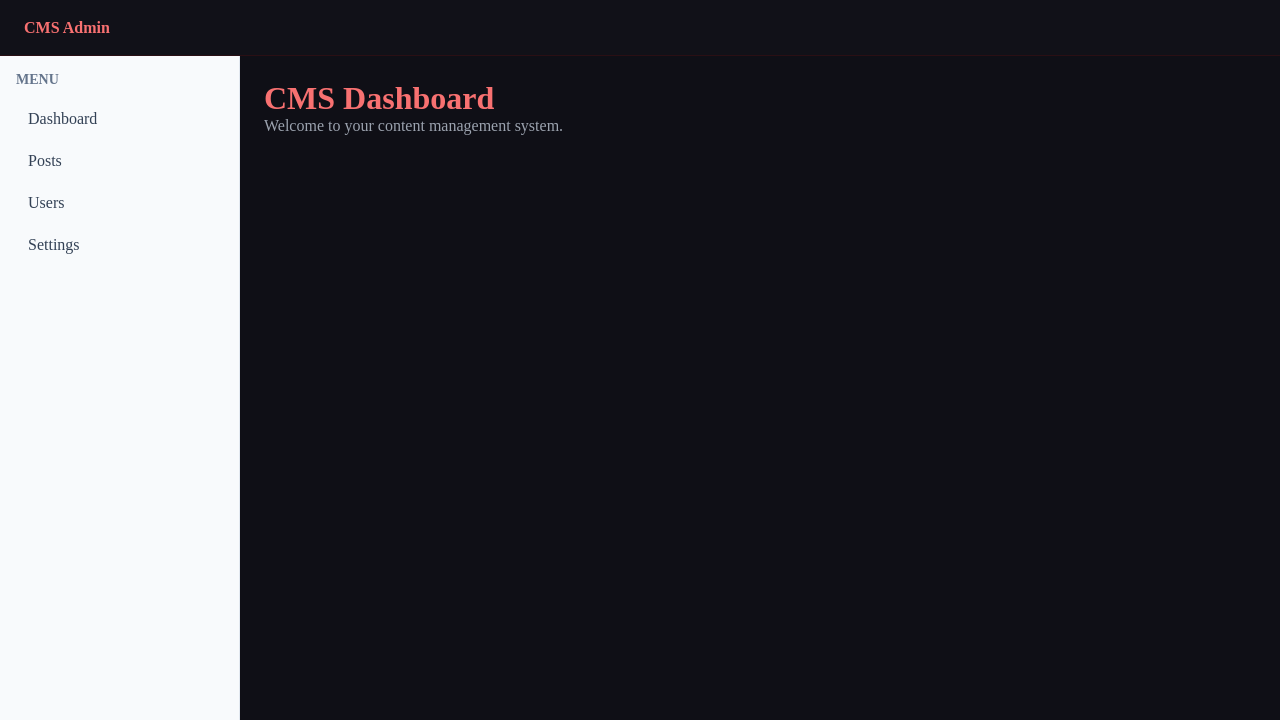
Repository: rajendratamang/react-dashboard
Page: /
These files come from the project's save history. The page is drawn as it stood at one moment and after the next save; the edit follows.
The browser window is 1280 px wide. The pictures show the whole page.
The project was rebuilt for these pictures with package versions that can differ from the ones it lists, and the page was loaded fresh each time. Also part of the build but not shown: vite.config.ts.

Above is the page before, as saved 2026-01-16 20:24:31.

### src/App.tsx
import MainLayout from "./layouts/MainLayout";
import Dashboard from "./pages/Dashboard";

function App() {
  return (
    <MainLayout>
      <Dashboard />
    </MainLayout>
  );
}

export default App;

### src/index.css
* {
  margin: 0;
  padding: 0;
  box-sizing: border-box;
}

html, body, #root {
  height: 100%;
  width: 100%;
}

### src/layouts/MainLayout.tsx
import { ReactNode } from "react";
import Sidebar from "../components/Sidebar";

type MainLayoutProps = {
  children: ReactNode;
};

export default function MainLayout({ children }: MainLayoutProps) {
  return (
    <div
      style={{
        height: "100%",
        width: "100%",
        display: "flex",
        flexDirection: "column",
        backgroundColor: "#0b0b0f" // app background (blackish)
      }}
    >
      {/* Header */}
      <header
        style={{
          height: "56px",
          width: "100%",
          backgroundColor: "#111118",
          borderBottom: "1px solid #2a0f14",
          display: "flex",
          alignItems: "center",
          padding: "0 24px",
          fontWeight: 600,
          color: "#f87171" // soft red
        }}
      >
        CMS Admin
      </header>

      {/* Body */}
      <div
        style={{
          flex: 1,
          display: "flex",
          width: "100%",
          overflow: "hidden"
        }}
      >
        {/* Sidebar */}
        <Sidebar />

        {/* Main Content */}
        <main
          style={{
            flex: 1,
            backgroundColor: "#0f0f16",
            color: "#e5e7eb",
            overflowY: "auto"
          }}
        >
          {children}
        </main>
      </div>
    </div>
  );
}

### src/pages/Dashboard.tsx
export default function Dashboard() {
  return (
    <div style={{ padding: "24px" }}>
      <h1 style={{ color: "#f87171" }}>CMS Dashboard</h1>
      <p style={{ color: "#9ca3af" }}>
        Welcome to your content management system.
      </p>
    </div>
  );
}

### src/components/Sidebar.tsx
type MenuItem = {
  label: string;
};

const menuItems: MenuItem[] = [
  { label: "Dashboard" },
  { label: "Posts" },
  { label: "Users" },
  { label: "Settings" }
];

export default function Sidebar() {
  return (
    <aside
      style={{
        width: "240px",
        backgroundColor: "#f8fafc",
        borderRight: "1px solid #e2e8f0",
        padding: "16px",
        color: "#334155"
      }}
    >
      {/* Sidebar Title */}
      <div
        style={{
          fontSize: "14px",
          fontWeight: 600,
          color: "#64748b",
          marginBottom: "12px",
          textTransform: "uppercase"
        }}
      >
        Menu
      </div>

      {/* Menu Items */}
      <nav>
        {menuItems.map((item) => (
          <div
            key={item.label}
            style={{
              padding: "10px 12px",
              borderRadius: "6px",
              cursor: "pointer",
              marginBottom: "4px"
            }}
            onMouseEnter={(e) =>
              (e.currentTarget.style.backgroundColor = "#e2e8f0")
            }
            onMouseLeave={(e) =>
              (e.currentTarget.style.backgroundColor = "transparent")
            }
          >
            {item.label}
          </div>
        ))}
      </nav>
    </aside>
  );
}

Loaded but not shown: index.html (common file); src/main.tsx (common file)

After the next save:
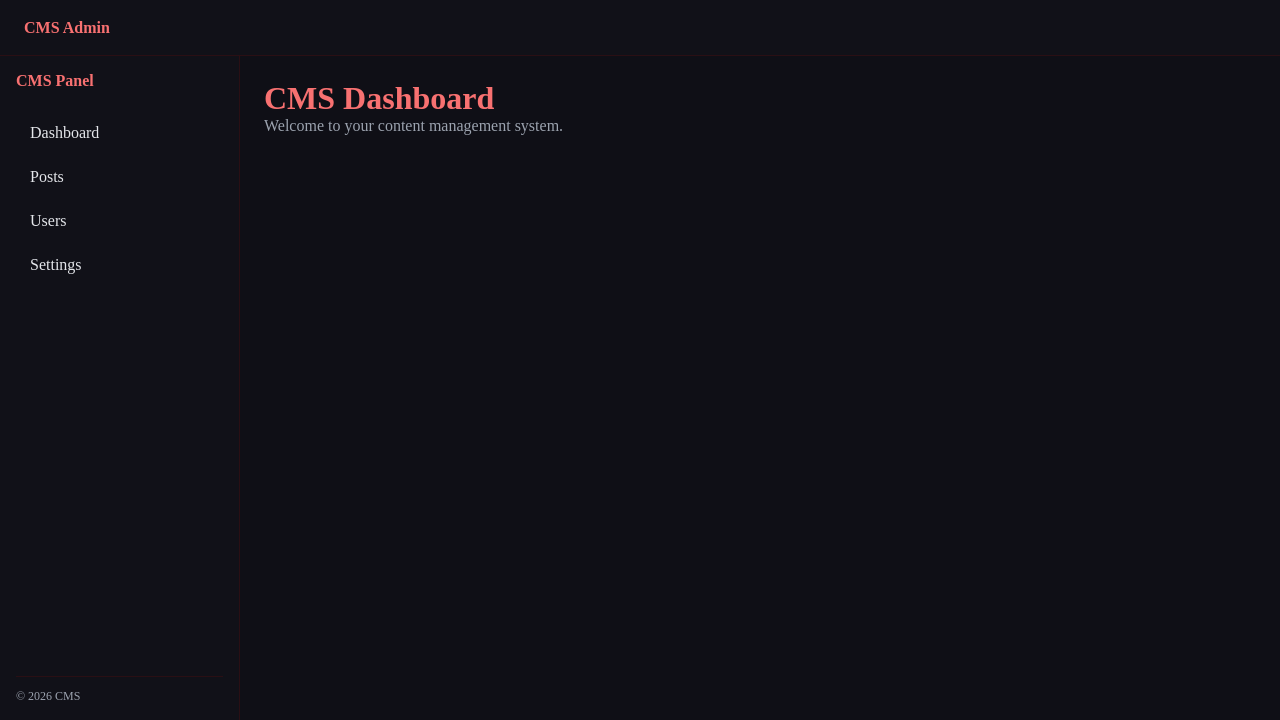
Saved 36 s later.
--- a/src/components/Sidebar.tsx
+++ b/src/components/Sidebar.tsx
@@ -14,47 +14,63 @@ export default function Sidebar() {
     <aside
       style={{
         width: "240px",
-        backgroundColor: "#f8fafc",
-        borderRight: "1px solid #e2e8f0",
+        backgroundColor: "#111118",
+        borderRight: "1px solid #2a0f14",
         padding: "16px",
-        color: "#334155"
+        display: "flex",
+        flexDirection: "column"
       }}
     >
-      {/* Sidebar Title */}
+      {/* Brand / Title */}
       <div
         style={{
-          fontSize: "14px",
-          fontWeight: 600,
-          color: "#64748b",
-          marginBottom: "12px",
-          textTransform: "uppercase"
+          fontSize: "16px",
+          fontWeight: 700,
+          color: "#f87171",
+          marginBottom: "24px"
         }}
       >
-        Menu
+        CMS Panel
       </div>
 
-      {/* Menu Items */}
-      <nav>
+      {/* Menu */}
+      <nav style={{ flex: 1 }}>
         {menuItems.map((item) => (
           <div
             key={item.label}
             style={{
-              padding: "10px 12px",
-              borderRadius: "6px",
+              padding: "10px 14px",
+              borderRadius: "8px",
               cursor: "pointer",
-              marginBottom: "4px"
+              marginBottom: "6px",
+              color: "#e5e7eb",
+              transition: "all 0.2s ease"
             }}
-            onMouseEnter={(e) =>
-              (e.currentTarget.style.backgroundColor = "#e2e8f0")
-            }
-            onMouseLeave={(e) =>
-              (e.currentTarget.style.backgroundColor = "transparent")
-            }
+            onMouseEnter={(e) => {
+              e.currentTarget.style.backgroundColor = "#1a0f14";
+              e.currentTarget.style.color = "#f87171";
+            }}
+            onMouseLeave={(e) => {
+              e.currentTarget.style.backgroundColor = "transparent";
+              e.currentTarget.style.color = "#e5e7eb";
+            }}
           >
             {item.label}
           </div>
         ))}
       </nav>
+
+      {/* Footer */}
+      <div
+        style={{
+          fontSize: "12px",
+          color: "#9ca3af",
+          paddingTop: "12px",
+          borderTop: "1px solid #2a0f14"
+        }}
+      >
+        © 2026 CMS
+      </div>
     </aside>
   );
 }
